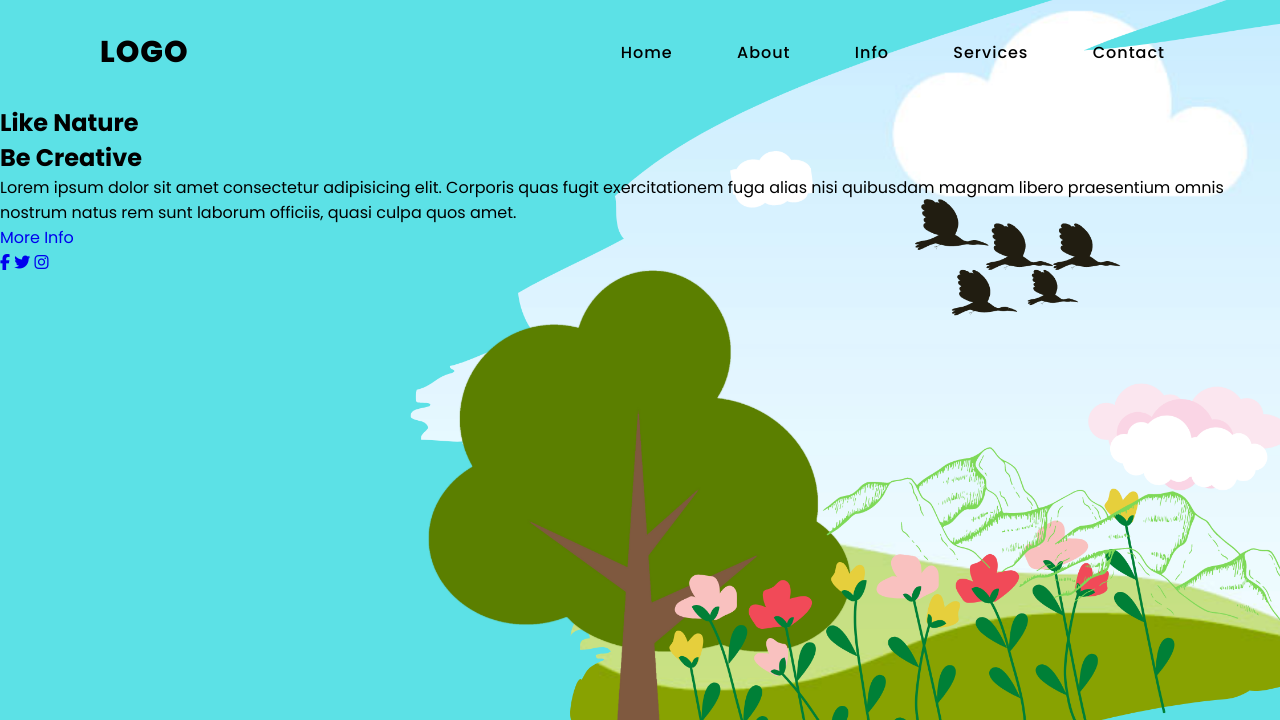
Repository: nganha241/CreativeNature
Page: index.html
An editor plug-in stored every save of this project. The page is shown before and after the next save, followed by the edit.
The browser window is 1280 px wide. The pictures show the whole page.
Some web libraries are served in a nearby version.

Above is the page before, as saved 2022-06-18 08:47:53.

After the next save:
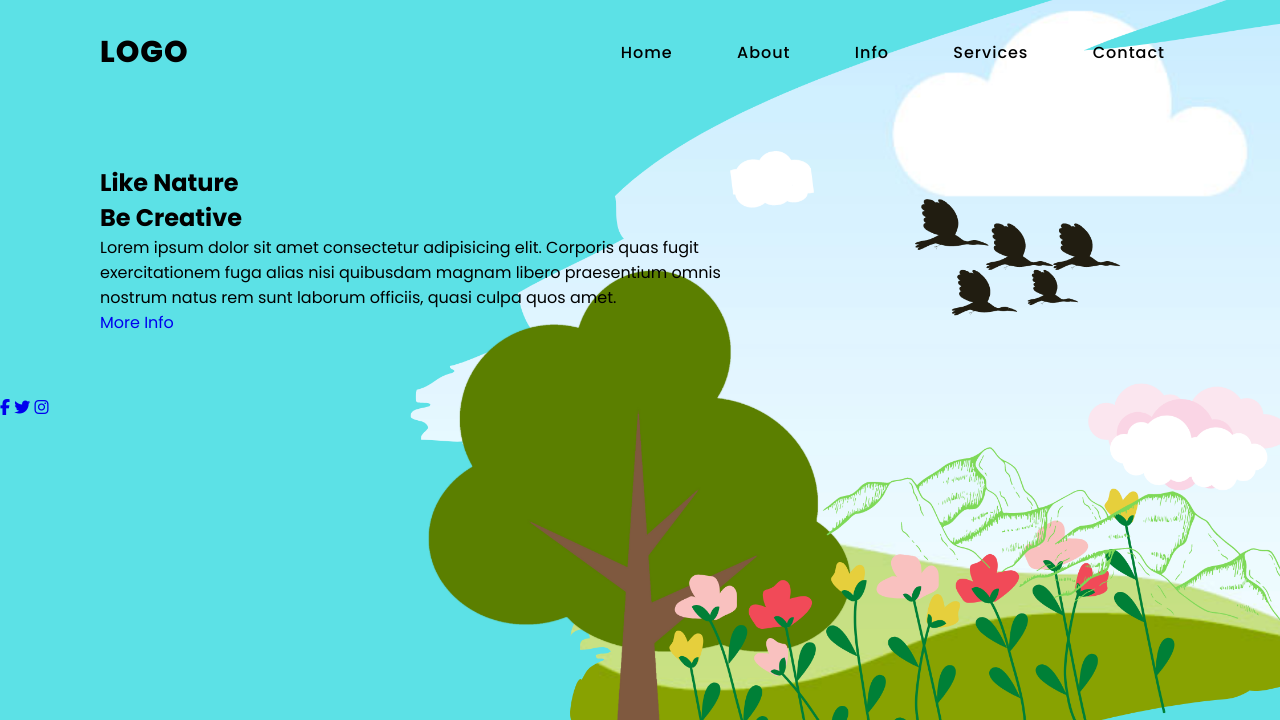
Saved 49 s later.
--- a/style.css
+++ b/style.css
@@ -60,3 +60,8 @@ header .navigation a:not(:last-child) {
 header .navigation a:hover {
     background: #ddd;
 }
+
+.content {
+    max-width: 650px;
+    margin: 60px 100px;
+}
